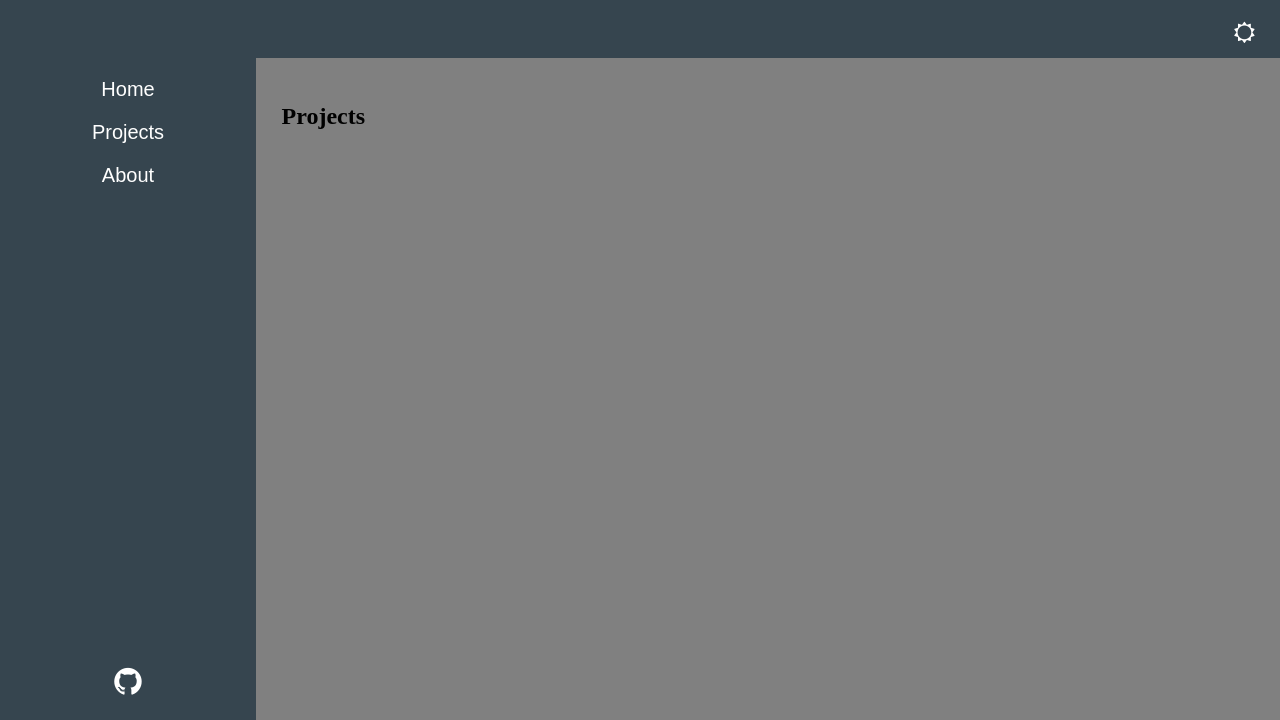
Repository: josephinel6/josephinel6.github.io
Page: index.html
These files come from the project's save history. The page is drawn as it stood at one moment and after the next save; the edit follows.
The browser window is 1280 px wide. The pictures show the whole page.

Above is the page before, as saved 2023-04-05 08:54:16.

### index.html
<!DOCTYPE html>
<html>

<head>
    <style>
        :root.light {
            --color-bg: white;
            --color-menu-text: black;
            --color-page-bg: darkgray;
            --color-obj-bg: gray;
            --color-title-text: black;
            --color-gen-text: black;
        }

        :root.dark {
            --color-bg: #36454F;
            --color-menu-text: white;
            --color-page-bg: gray;
            --color-obj-bg: darkgray;
            --color-title-text: white;
            --color-gen-text: white;
            --color-menu-hover: black;
        }

        /* :root {
            --color-bg: black;
        } */

        html,
        body {
            height: 100%;
            width: 100%;
            overflow: hidden;
            margin: 0;
            position: relative;
            /* border-color: blue;
            border-radius: 10px;
            border-style: solid; */
            padding: 0;
        }

        #menu {
            height: 100%;
            width: 20%;
            position: absolute;
            z-index: 1;
            top: 0;
            bottom: 0;
            background-color: var(--color-bg);
        }

        #topbar {
            width: 100%;
            height: 8%;
            background-color: var(--color-bg);
            position: absolute;
        }

        .menutext {
            color: var(--color-menu-text);
            font-family: sans-serif;
            font-size: 20px;
        }

        .menutext:hover {
            cursor: pointer;
            color: var(--color-menu-hover);
        }

        .fa-github {
            color: var(--color-menu-text);
        }

        #window {
            background-color: var(--color-page-bg);
            position: absolute;
            height: 92%;
            width: 80%;
            right: 0;
            bottom: 0;
        }

        .tabcontent {
            height: 100%;
            width: 100%;
            position: absolute;

            margin-top: 2.5%;
            margin-left: 2.5%;
        }

        .projectbutton {
            /* height: 175px; */
            width: 95%;
            position: absolute;
            background-color: var(--color-obj-bg);
            border-radius: 10px;
            font-family: sans-serif;
            font-size: 30px;
        }

        .projectbutton:hover {
            cursor: pointer;
        }

        .projectbuttontitle {
            margin-left: 3%;
            margin-top: 3%;
            margin-bottom: -1.5%;
            color: var(--color-title-text);
        }

        #day-night {
            color: var(--color-menu-text);
            z-index: 2;
            position: absolute;
            top: 25px;
            right: 25px;
        }

        .projectbuttondesc {
            font-family: sans-serif;
            font-size: 20px;
            margin: 3%;
            color: var(--color-gen-text);
        }

        #day-night:hover {
            cursor: pointer;
        }

        /* .fa-2x {
            height: 20px !important;
        } */
    </style>
    <link rel="stylesheet" href="https://cdnjs.cloudflare.com/ajax/libs/font-awesome/4.7.0/css/font-awesome.min.css">
    <script type="module" src="https://cdn.jsdelivr.net/gh/zerodevx/zero-md@2/dist/zero-md.min.js"></script>
    <script type="module" src="https://md-block.verou.me/md-block.js"></script>
</head>

<body>
    <div id="menu">
        <div style="position:absolute; top: 8%; width: 100%; text-align: center;">

            <p class="menutext" onclick="openpage('homepage')"> Home </p>
            <p class="menutext" onclick="openpage('projectbuttons')"> Projects </p>
            <p class="menutext" onclick="openpage('aboutpage')"> About </p>

        </div>

        <div style="position:absolute; bottom:3%; width: 100%; text-align: center;">
            <a href="https://github.com/josephinel6" class="fa fa-github fa-2x" style="text-decoration: none;"></a>
        </div>
    </div>
    <div id="topbar">
        <i onclick="daynight()" class="fa fa-sun-o fa-lg" id="day-night"></i>
    </div>
    <div id="window">
        <div id="homepage" class="tabcontent">
            <h2> Projects </h2>
        </div>
        <div id="projectbuttons" class="tabcontent">
            <div class="projectbutton" onclick="openpage('weatherAPI')">
                <h2 class="projectbuttontitle"> Weather API </h2>
                <p class="projectbuttondesc"> My first project with APIs. </p>
            </div>
        </div>
        <zero-md src="https://josephinel6.github.io/weatherAPI.md" class="tabcontent" id="weatherAPI"></zero-md>
        <div class="tabcontent" id="aboutpage">
            <zero-md src="https://josephinel6.github.io/about.md"></zero-md>
        </div>
        <script>
            var night;

            window.onload = function () {
                var night = true;
                document.documentElement.classList.remove("light")
                document.documentElement.classList.add("dark")
                window.localStorage.setItem('mode', 'dark');
                console.log("dark")
                tabcontent = document.getElementsByClassName("tabcontent");
                for (i = 0; i < tabcontent.length; i++) {
                    tabcontent[i].style.display = "none";
                }
                document.getElementById("homepage").style.display = "block";
            }

            function openpage(pageName) {
                var i, tabcontent, tablinks;
                tabcontent = document.getElementsByClassName("tabcontent");
                for (i = 0; i < tabcontent.length; i++) {
                    tabcontent[i].style.display = "none";
                }
                tablinks = document.getElementsByClassName("tablink");
                for (i = 0; i < tablinks.length; i++) {
                    tablinks[i].style.backgroundColor = "";
                }
                document.getElementById(pageName).style.display = "block";

                document.body.scrollTop = 0;
                document.documentElement.scrollTop = 0;
            }

            function daynight() {
                var daynight = document.getElementById("day-night");
                if (night == true) {
                    daynight.classList.remove("fa-sun-o");
                    daynight.classList.add("fa-moon-o");
                    night = false;
                    document.documentElement.classList.remove("dark")
                    document.documentElement.classList.add("light")
                    window.localStorage.setItem('mode', 'light');
                }
                else {
                    daynight.classList.remove("fa-moon-o");
                    daynight.classList.add("fa-sun-o");
                    night = true;
                    document.documentElement.classList.remove("light")
                    document.documentElement.classList.add("dark")
                    window.localStorage.setItem('mode', 'dark');
                }
            }
        </script>

</body>

</html>

After the next save:
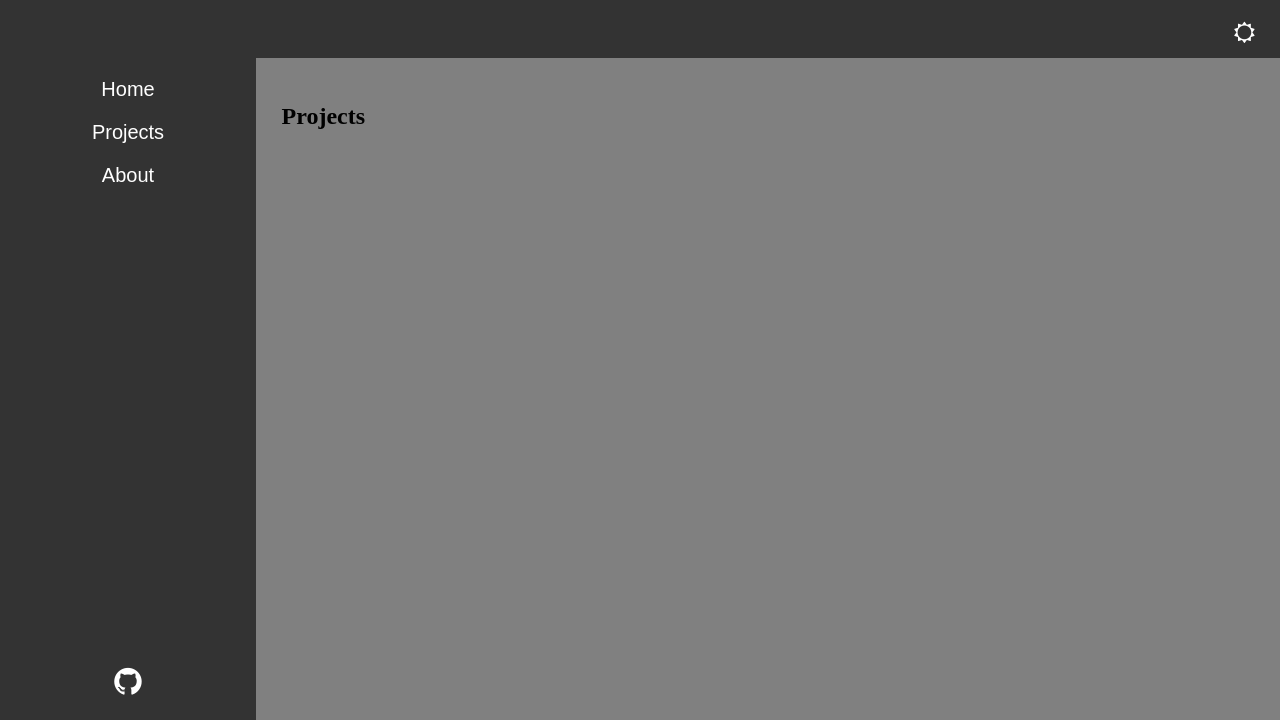
Saved 36 s later.
--- a/index.html
+++ b/index.html
@@ -13,7 +13,7 @@
         }
 
         :root.dark {
-            --color-bg: #36454F;
+            --color-bg: #333333;
             --color-menu-text: white;
             --color-page-bg: gray;
             --color-obj-bg: darkgray;
